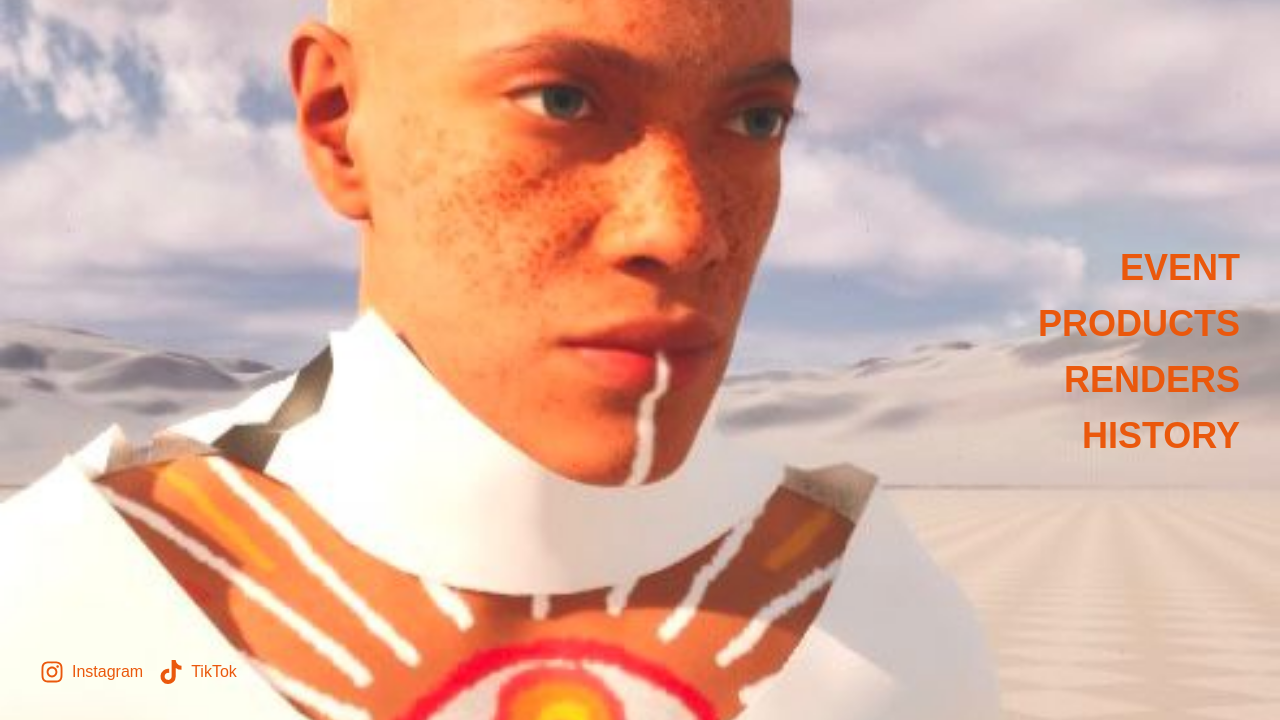
Repository: BOGARTCONCEPT/bogart-web
Page: /
An editor plug-in stored every save of this project. The page is shown before and after the next save, followed by the edit.
The browser window is 1280 px wide. The pictures show the whole page.
The project was rebuilt for these pictures with package versions that can differ from the ones it lists, and the page was loaded fresh each time. The framework's server and built-in components were replaced by stand-ins that run in the browser. Also part of the build but not shown: next.config.ts.

Above is the page before, as saved 2025-02-11 09:22:31.

After the next save:
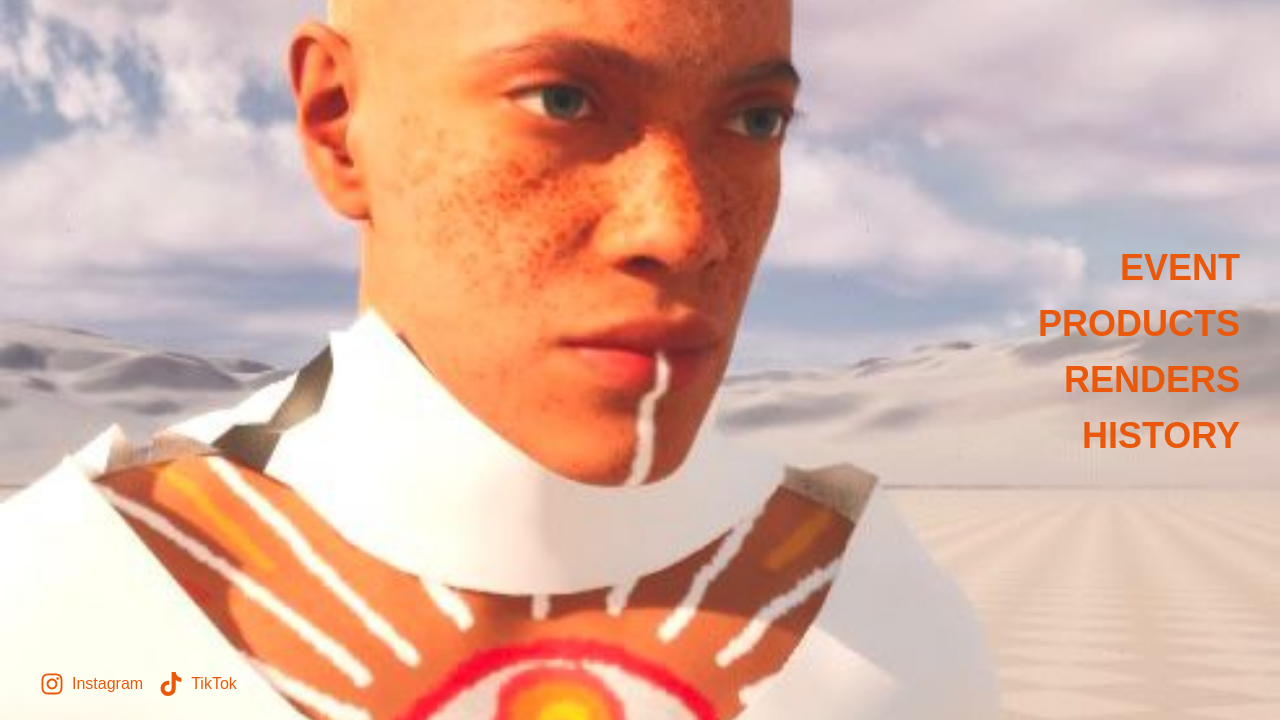
Saved 11 s later.
--- a/src/components/HomeComponent.tsx
+++ b/src/components/HomeComponent.tsx
@@ -37,7 +37,7 @@
       </div>
 
       {/* Bottom social links */}
-      <div className="mt-auto w-full flex justify-start items-end p-4 px-10 mb-5">
+      <div className="mt-auto w-full flex justify-start items-end p-4 px-10 mb-2">
         <div className="flex space-x-4">
           <a
             href="https://www.instagram.com/bogartconcept/"
